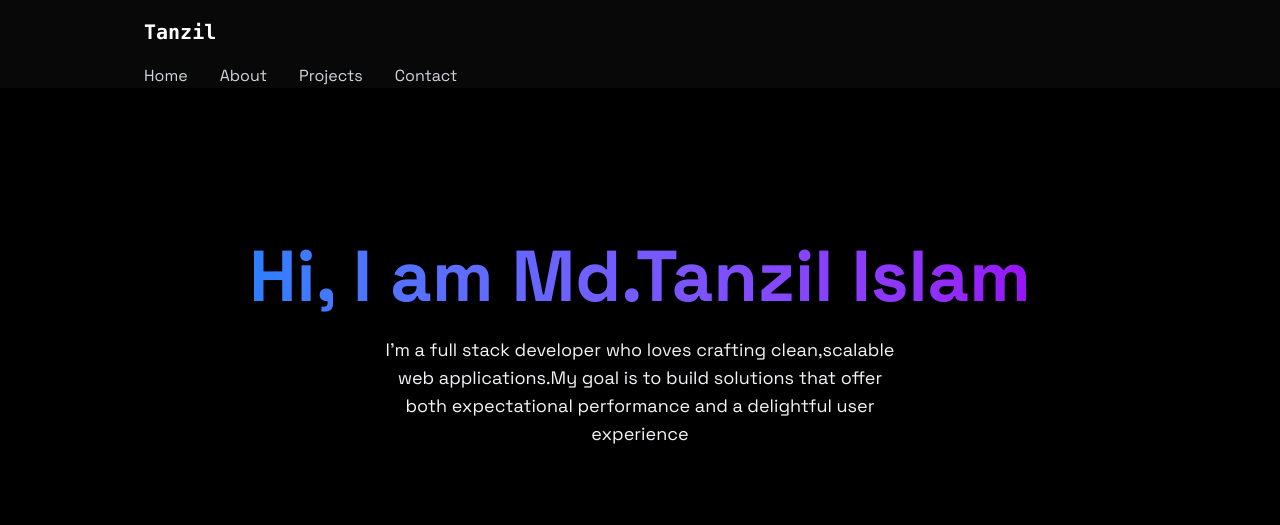
Repository: tanimtanzilislam/my_portfolio
Page: /
The author's editor kept a copy of each file at every save. The page is drawn from the files as they stood at one save, then again after the next save.
The browser window is 1280 px wide. The pictures show the whole page.
The project was rebuilt for these pictures with package versions that can differ from the ones it lists, and the page was loaded fresh each time. Also part of the build but not shown: vite.config.js.

Above is the page before, as saved 2025-05-10 11:54:06.

### index.html
<!doctype html>
<html lang="en">
  <head>
    <meta charset="UTF-8" />
    <link rel="icon" type="image/svg+xml" href="/vite.svg" />
    <link rel="preconnect" href="https://fonts.googleapis.com" />
    <link rel="preconnect" href="https://fonts.gstatic.com" crossorigin />
    <link
    href="https://fonts.googleapis.com/css2?family=Space+Grotesk:wght@400;500;600;700&family=jetBrains+Mono:wght"
    rel="stylesheet"/>
    <meta name="viewport" content="width=device-width, initial-scale=1.0" />
    <title>Vite + React</title>
  </head>
  <body>
    <div id="root"></div>
    <script type="module" src="/src/main.jsx"></script>
  </body>
</html>

### src/index.css
@import "tailwindcss";

html, body {
  margin: 0;
  padding: 0;
  font-family: "Space Grotesk", sans-serif;
  background: #f3f4f6;
}

@layer utilities {

  @keyframes blink{
    0%,100%{
      opacity:1;
    }
    50%{
      opacity:0;
    }
  }
  .animated-blink {
    animation: blink 0.8s step-end infinite;
  }
  @keyframes loading {
    0% {
      transform: translateX(-100%);
    }
    100% {
      transform: translateX(250%);
    }
  }

  .animate-loading-bar {
    animation: loading 0.8s ease infinite;
  }
}

### src/App.jsx
import React, { useState } from 'react';
import './App.css';
import './index.css';
import { LoadingScreen } from './components/LoadingScreen';
import { Navbar } from './components/Navbar';
import { MobileMenu } from './components/MobileMenu';
import { Home } from './components/sections/Home';
function App() {
  const [isLoaded, setIsLoaded] = useState(false);
  const [menuOpen, setMenuOpen] = useState(false);

  return (
    <>
      {
        !isLoaded && <LoadingScreen onComplete={() => setIsLoaded(true)} />
      }
      <div className={`min-h-screen transition-opacity duration-700 ${isLoaded ? "opacity-100" :"opacity-0" } bg-black text-gray-100`}>
        {/* Your other content goes here */}

        <Navbar menuOpen={menuOpen} setMenuOpen={setMenuOpen}/>
        <MobileMenu menuOpen={menuOpen} setMenuOpen={setMenuOpen}/>
  <Home />
      </div>
    </>
  );
}

export default App

### src/App.css
@import "tailwindcss";

html,body {
  margin:0;
  padding:0;
  font-family: "Space Grotesk" ,sans-serif;
  background:#0a0a0a;
  color: #f3f4f6;
}

### src/components/LoadingScreen.jsx
import React, { useState, useEffect } from "react";

export const LoadingScreen = ({ onComplete }) => {
  const [text, setText] = useState("");
  const fullText = "<Hello World />";

  useEffect(() => {
    let index = 0;
    const interval = setInterval(() => {
      setText(fullText.substring(0, index));
      index++;
      if (index > fullText.length) {
        clearInterval(interval);
        // ✅ টাইপিং শেষ হলে onComplete() চালাও
        onComplete();
      }
    }, 100);

    return () => clearInterval(interval);
  }, [onComplete]);

  return (
    <div className="fixed inset-0 z-50 bg-black text-gray-100 flex flex-col items-center justify-center">
      <div className="mb-4 text-4xl font-mono font-bold">
        {text}
        <span className="animated-blink ml-1">|</span>
      </div>

      <div className="w-[200px] h-[2px] bg-gray-800 rounded relative overflow-hidden">
        <div className="w-[40px] h-full bg-blue-500 shadow-[0_0_15px_#3b82f6] animate-loading-bar"></div>
      </div>
    </div>
  );
};

### src/components/Navbar.jsx
import { useEffect } from "react";

export const Navbar = ({ menuOpen, setMenuOpen }) => {
  useEffect(() => {
    document.body.style.overflow = menuOpen ? "hidden" : "";
  }, [menuOpen]);

  return (
    <nav className="fixed top-0 w-full z-40 bg-[rgba(10,10,10,0.8)] backdrop-blur-lg border-white/10 shadow-lg">
      <div className="max-w-5xl mx-auto px-4">
        <div className="flex justify-between items-center h-16">
          <a href="#home" className="font-mono text-xl font-bold text-white">
            Tanzil<span className="text-blue-500"></span>
          </a>
          <div
            className="w-7 h-5 relative cursor-pointer z-40 md:hidden"
            onClick={() => setMenuOpen((prev) => !prev)}
          >
            &#9776;
          </div>
        </div>

        <div className="hidden md:flex items-center space-x-8">
          <a href="#home" className="text-gray-300 hover:text-white transition-colors">Home</a>
          <a href="#about" className="text-gray-300 hover:text-white transition-colors">About</a>
          <a href="#projects" className="text-gray-300 hover:text-white transition-colors">Projects</a>
          <a href="#contact" className="text-gray-300 hover:text-white transition-colors">Contact</a>
        </div>
      </div>
    </nav>
  );
};

### src/components/MobileMenu.jsx
import { useEffect } from "react";

export const MobileMenu = ({ menuOpen, setMenuOpen }) => {
  return (
    <div
      className={`fixed top-0 left-0 w-full bg-[rgba(10,10,10,0.8)] z-40 flex flex-col items-center justify-center
      transition-all duration-300 ease-in-out
      ${menuOpen ? "h-screen opacity-100 pointer-events-auto" : "h-0 opacity-0 pointer-events-none"}`}
    >
      <button
        onClick={() => setMenuOpen(false)}
        className="absolute top-6 right-6 text-white text-3xl focus:outline-none cursor-pointer"
        aria-label="close Menu"
      >
        &times;
      </button>

      <a href="#home" onClick={() => setMenuOpen(false)} className={`text-2xl font-semibold text-white my-4 transform transition-transform duration-300
        ${menuOpen ? "opacity-100 translate-y-0" : ""}`}>Home</a>

      <a href="#about" onClick={() => setMenuOpen(false)} className={`text-2xl font-semibold text-white my-4 transform transition-transform duration-300
        ${menuOpen ? "opacity-100 translate-y-0" : ""}`}>About</a>

      <a href="#projects" onClick={() => setMenuOpen(false)} className={`text-2xl font-semibold text-white my-4 transform transition-transform duration-300
        ${menuOpen ? "opacity-100 translate-y-0" : ""}`}>Projects</a>

      <a href="#contact" onClick={() => setMenuOpen(false)} className={`text-2xl font-semibold text-white my-4 transform transition-transform duration-300
        ${menuOpen ? "opacity-100 translate-y-0" : ""}`}>Contact</a>
    </div>
  );
};

### src/components/sections/Home.jsx
export const Home =()=>{
    return <section id="home" className="min-h-screen flex items-center justify-center relative">
        <div className="text-center z-10 px-14">
            <h1 className="text-5xl md:text-7xl font-bold mb-6 bg-gradient-to-r from-blue-500 to-purple-600 bg-clip-text text-transparent leading-right">Hi, I am Md.Tanzil Islam </h1>
                <p  className="tex-gray-400 text-lg mb-8 max-w-lg mx-auto">
                    I'm a full stack developer who loves crafting clean,scalable web applications.My goal is to build solutions that offer both expectational performance and a delightful user experience                </p>

           <div className="flex justify-center space-x-4">
            <a>

            </a>
           </div>
        </div>
    </section>
}

Loaded but not shown: src/main.jsx (common file)

After the next save:
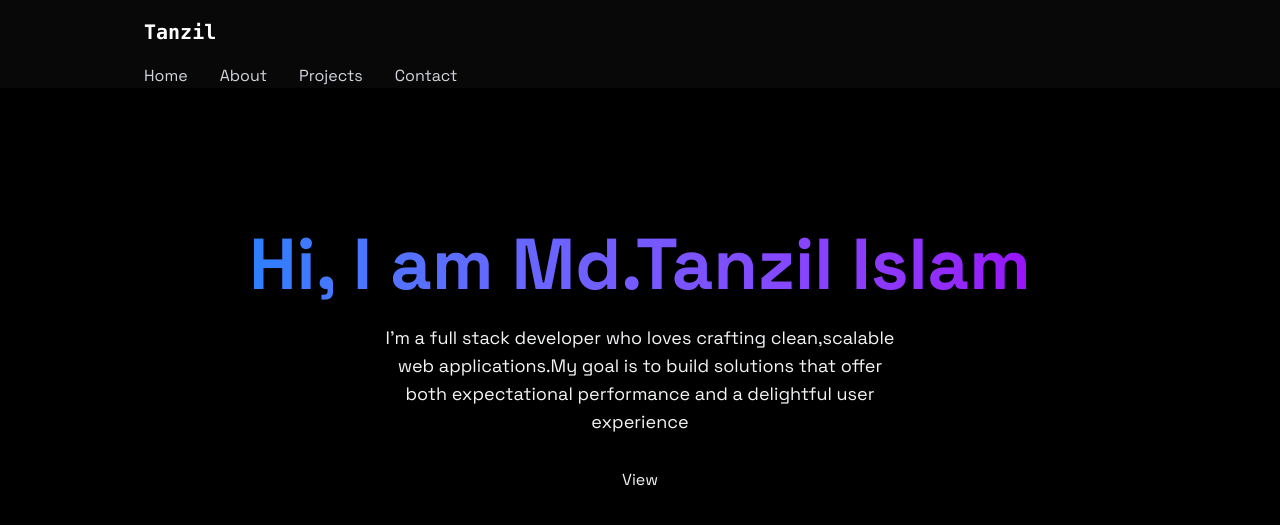
Saved 3 min 37 s later.
--- a/src/components/sections/Home.jsx
+++ b/src/components/sections/Home.jsx
@@ -7,7 +7,7 @@ export const Home =()=>{
 
            <div className="flex justify-center space-x-4">
             <a>
-
+                View
             </a>
            </div>
         </div>
